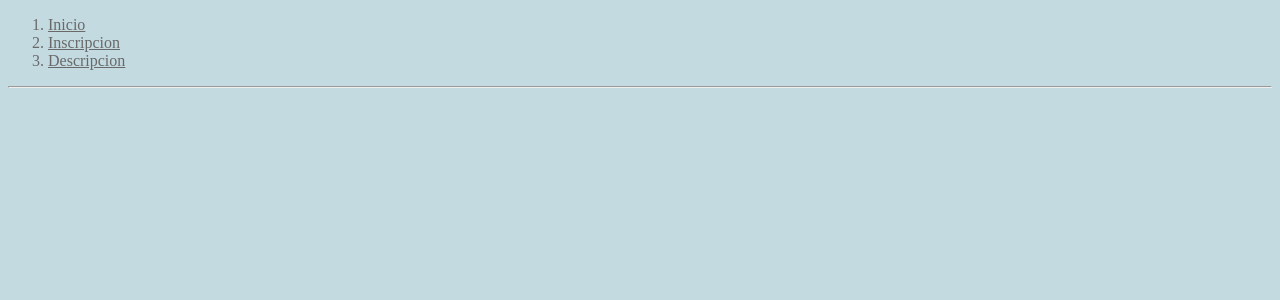
Repository: Arito05/Mi-primer-Repositorio
Page: nuevo/zdescripcion.html
An editor plug-in stored every save of this project. The page is shown before and after the next save, followed by the edit.
The browser window is 1280 px wide. The pictures show the whole page.

Above is the page before, as saved 2024-07-20 11:25:35.

After the next save:
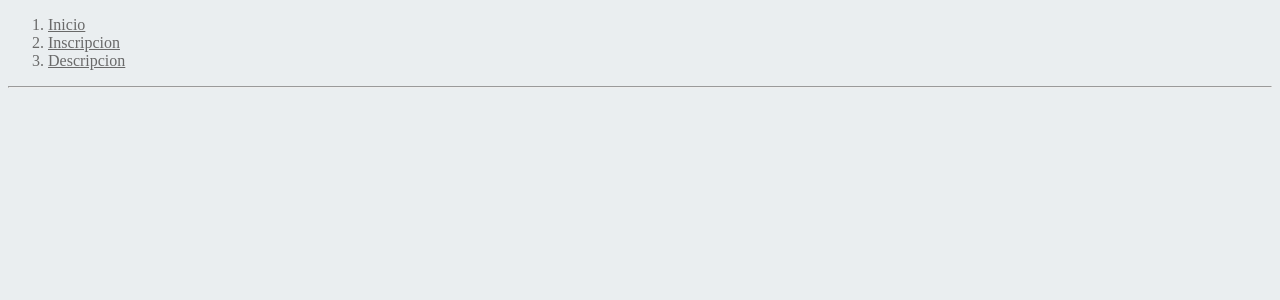
Saved 22 s later.
--- a/nuevo/zdescripcion.html
+++ b/nuevo/zdescripcion.html
@@ -6,7 +6,7 @@
     <title>Document</title>
      <style>
       body {
-        background-color: rgb(195, 218, 225);
+        background-color: rgb(234, 238, 240);
       }
     </style>
   </head>

After the 2 saves that followed:
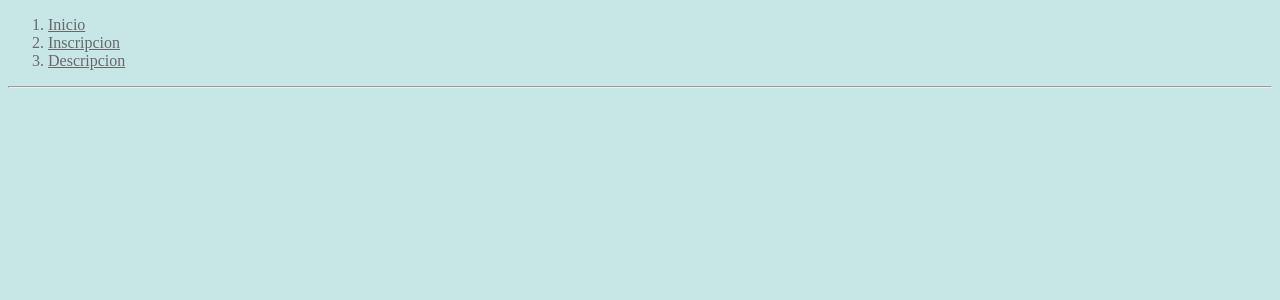
The 2 saves are shown as one change because they came seconds apart.
The last was saved 5 s later.
--- a/nuevo/zdescripcion.html
+++ b/nuevo/zdescripcion.html
@@ -6,7 +6,7 @@
     <title>Document</title>
      <style>
       body {
-        background-color: rgb(234, 238, 240);
+        background-color: rgb(199, 230, 230);
       }
     </style>
   </head>
